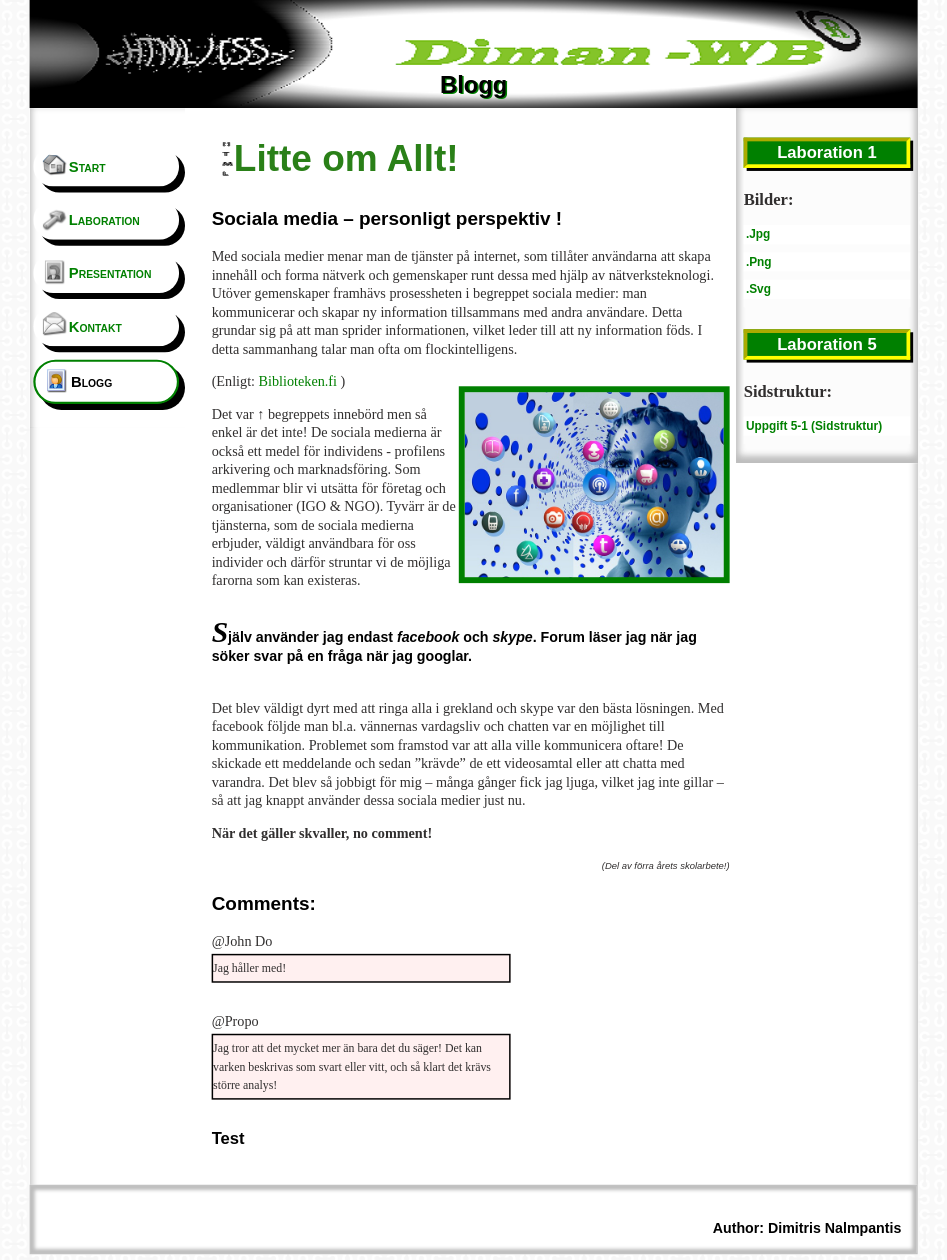
Repository: dn222em/1ik415-laborationer
Page: pages/blogg.html
The author's editor kept a record of every edit. The page is drawn from the files as they stood at one moment, then again after the next edit.
The browser window is 1280 px wide. The pictures show the whole page, at 74% of full size.
Backgrounds fixed to the window are drawn as part of the page.

Above is the page before.

After the next edit:
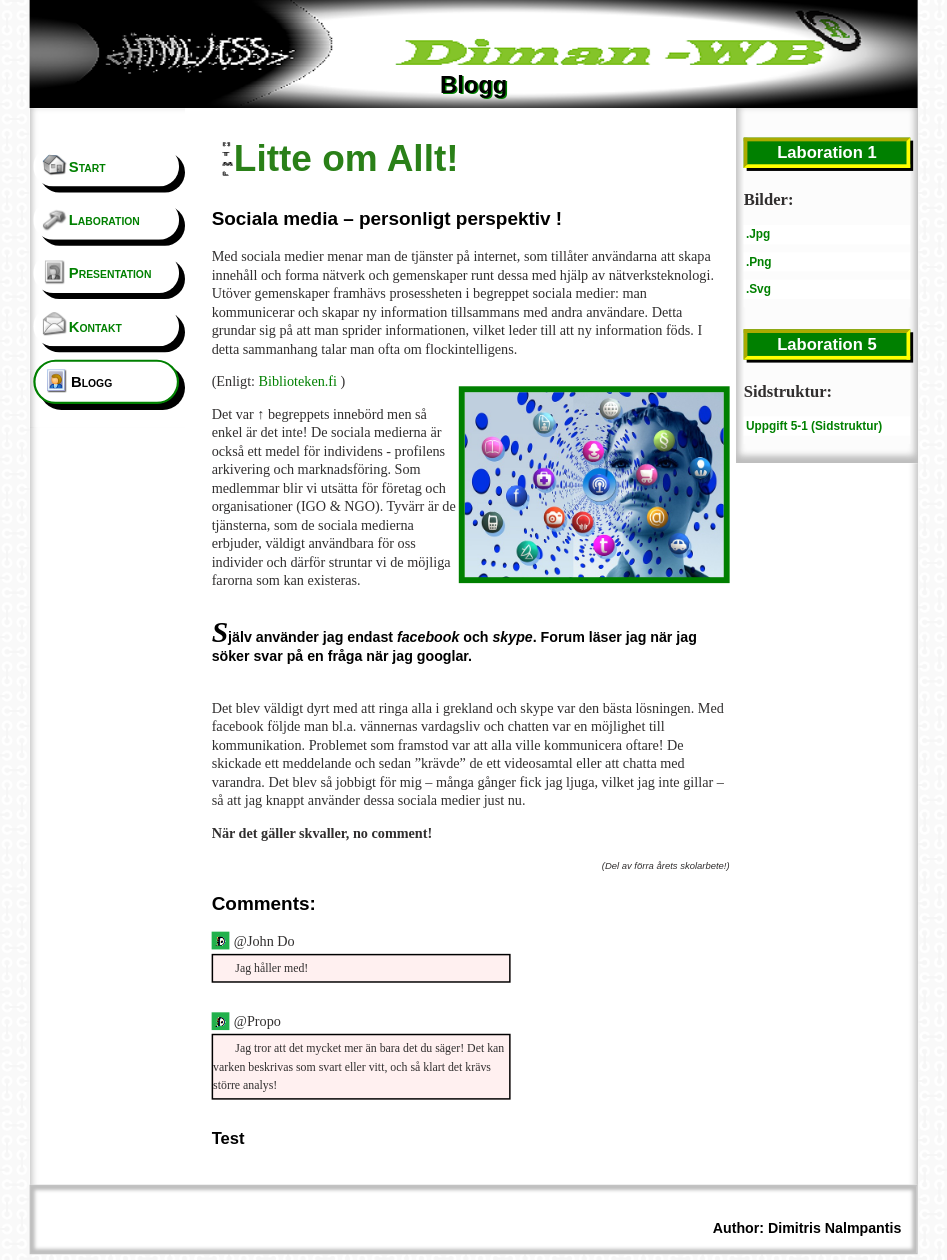
The edit:
--- a/CSS/stylenew.css
+++ b/CSS/stylenew.css
@@ -421,7 +421,7 @@
 	box-shadow:0px 0px 8px 4px #bdbdbd inset;/*	box-shadow:3px 3px 6px 3px;*/
 
 }
-/*.kommentar .zozo {
+.kommentar .zozo {
 	height: 30px; line-height: 20px;
 	text-align:center;
 	float:left;

After the edit that followed:
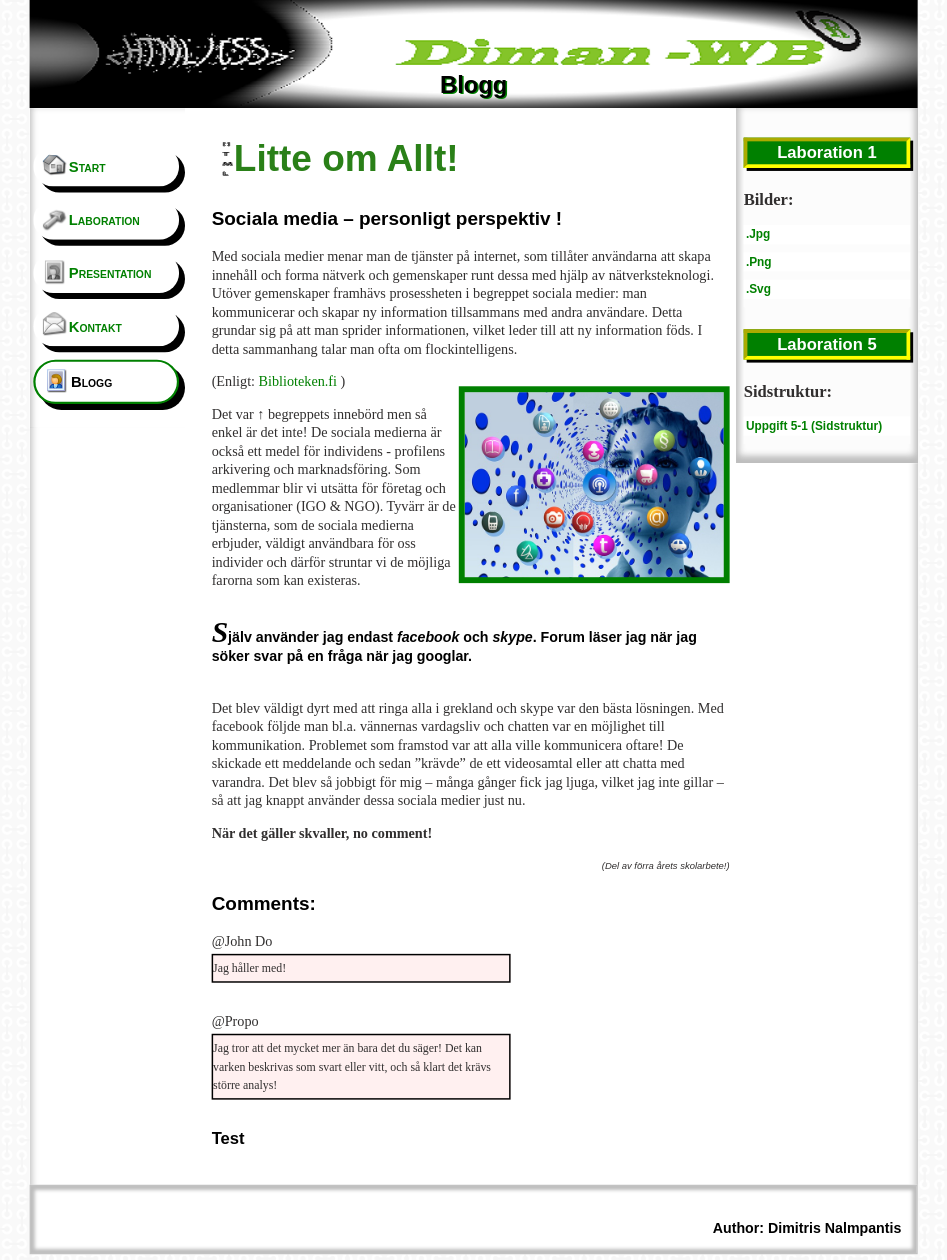
The edit:
--- a/CSS/stylenew.css
+++ b/CSS/stylenew.css
@@ -421,7 +421,7 @@
 	box-shadow:0px 0px 8px 4px #bdbdbd inset;/*	box-shadow:3px 3px 6px 3px;*/
 
 }
-.kommentar .zozo {
+/*.kommentar .zozo {
 	height: 30px; line-height: 20px;
 	text-align:center;
 	float:left;
